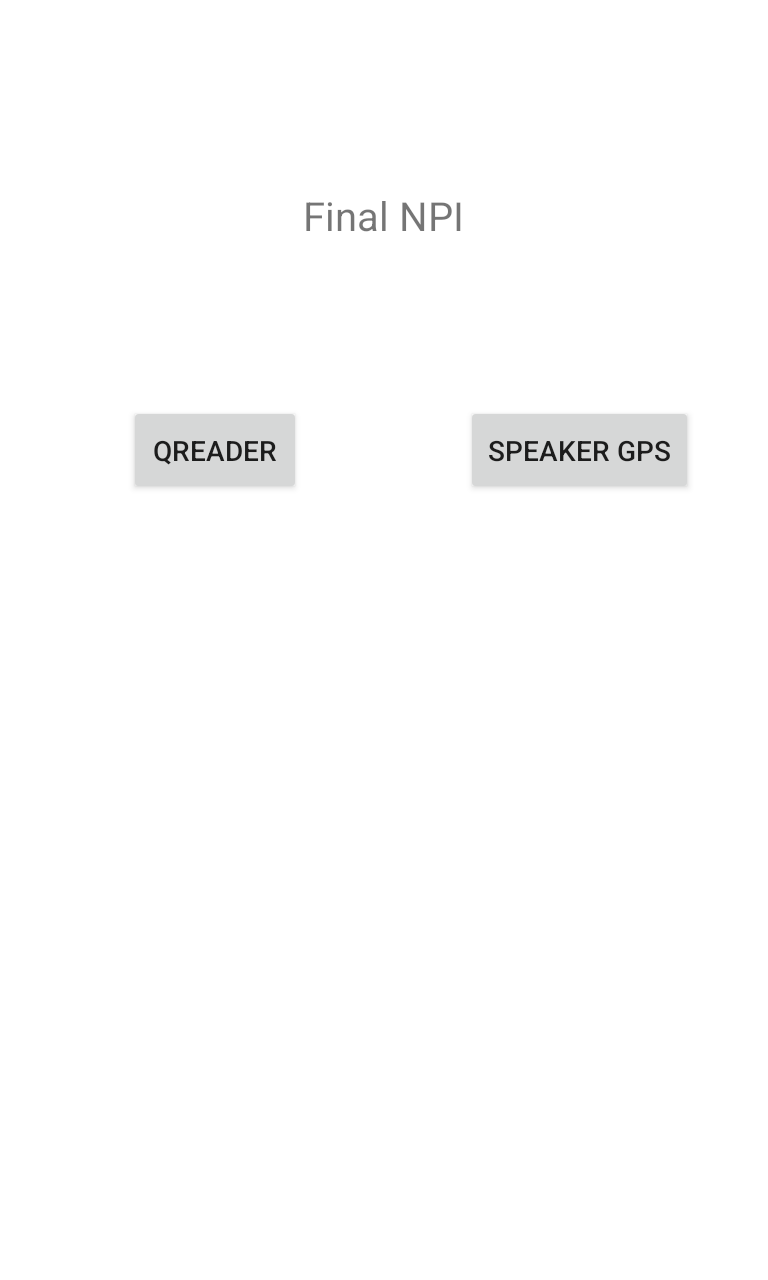
Repository: ADoncel/Android-NPI
Layout: ProyectAndroid/AndroidMetaio/res/layout/activity_main.xml
These files come from the project's save history. The layout is drawn as it stood at one moment and after the next save; the edit follows.
It is drawn on a 768 x 1280 px phone screen (xhdpi) without system bars, with theme AppTheme; the app's code is not run.

Above is the layout before, as saved 2015-01-20 21:43:08.

After the next save:
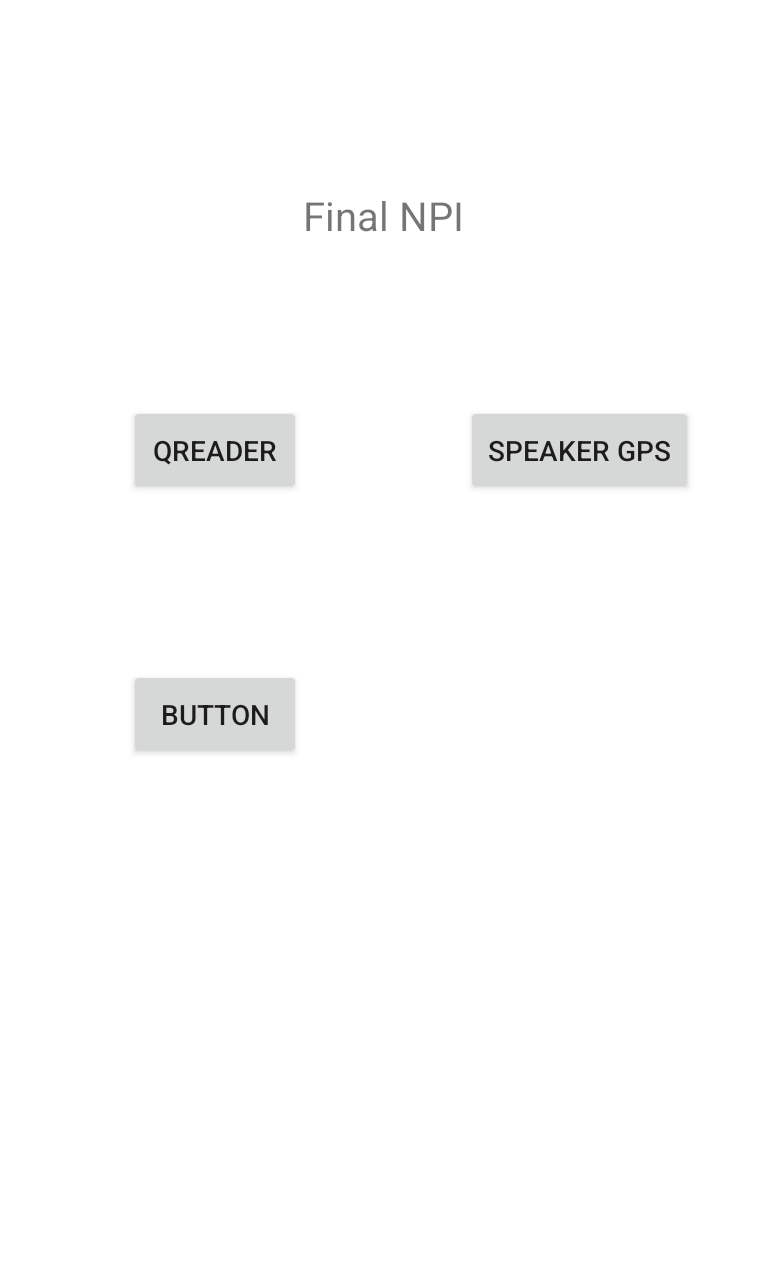
Saved 56 s later.
--- a/ProyectAndroid/AndroidMetaio/res/layout/activity_main.xml
+++ b/ProyectAndroid/AndroidMetaio/res/layout/activity_main.xml
@@ -23,8 +23,8 @@
         android:id="@+id/qrreader_button"
         android:layout_width="wrap_content"
         android:layout_height="wrap_content"
-        android:layout_alignBaseline="@+id/speakGPS_button"
-        android:layout_alignBottom="@+id/speakGPS_button"
+        android:layout_above="@+id/button1"
+        android:layout_alignTop="@+id/speakGPS_button"
         android:layout_toLeftOf="@+id/main_text"
         android:text="@string/qr_button" />
 
@@ -37,4 +37,13 @@
         android:layout_toRightOf="@+id/main_text"
         android:text="@string/speak_button" />
 
+    <Button
+        android:id="@+id/sensor_button"
+        android:layout_width="wrap_content"
+        android:layout_height="wrap_content"
+        android:layout_below="@+id/speakGPS_button"
+        android:layout_marginTop="84dp"
+        android:layout_toLeftOf="@+id/main_text"
+        android:text="Button" />
+
 </RelativeLayout>
